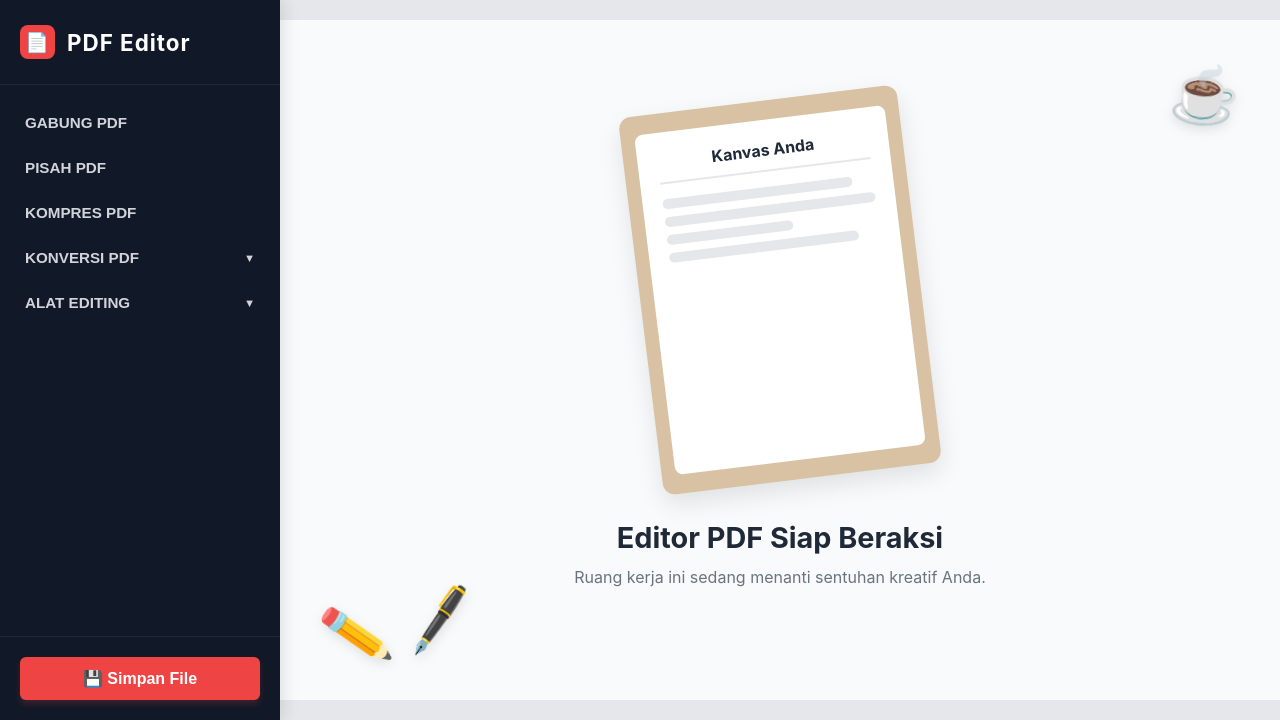
Repository: IkhsanMoekhtar/pdf_editor
Page: /
An editor plug-in stored every save of this project. The page is shown before and after the next save, followed by the edit.
The browser window is 1280 px wide. The pictures show the whole page.
The project was rebuilt for these pictures with package versions that can differ from the ones it lists, and the page was loaded fresh each time. Also part of the build but not shown: vite.config.js.

Above is the page before, as saved 2026-03-18 22:57:51.

After the next save:
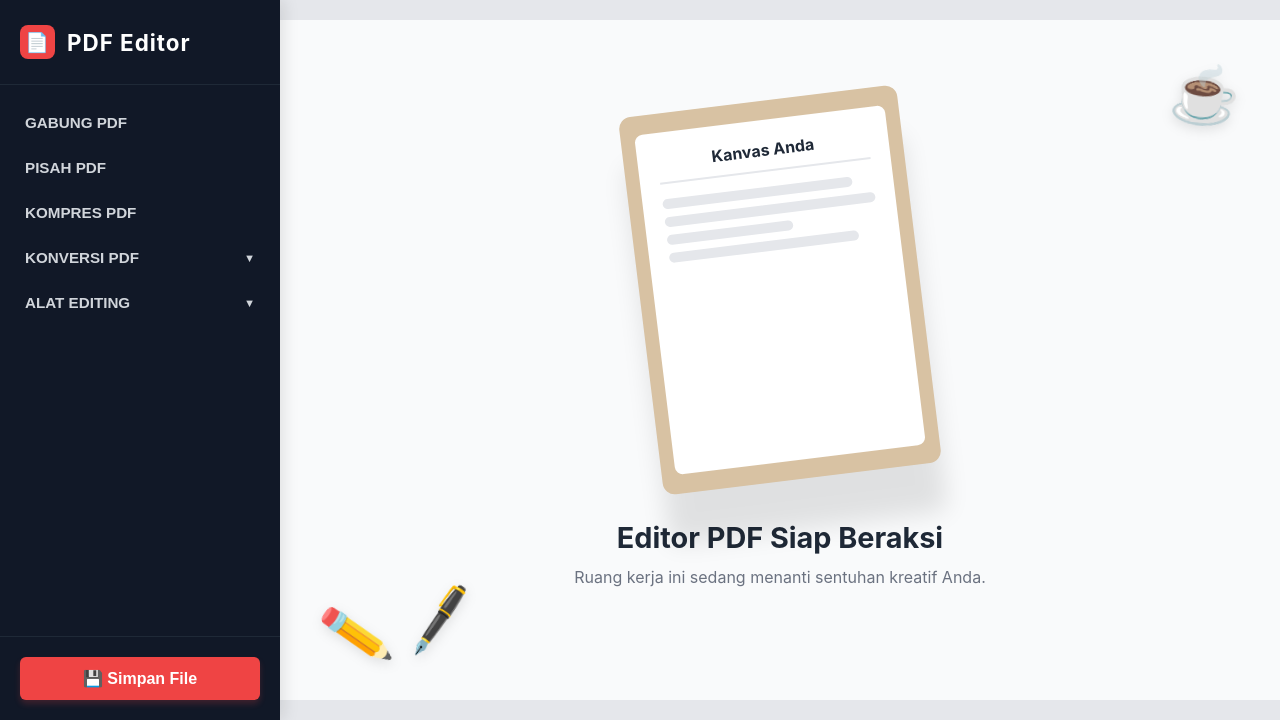
Saved 6 s later.
--- a/src/App.css
+++ b/src/App.css
@@ -207,7 +207,7 @@
   width: 280px; height: 380px;
   background-color: #d8c2a3;
   border-radius: 12px;
-  box-shadow: 0 10px 25px rgba(0,0,0,0.1);
+  box-shadow: 0 50px 25px rgba(0,0,0,0.1);
   transform: rotate(-7deg);
   position: relative;
   display: flex; align-items: center; justify-content: center;

After the save that followed:
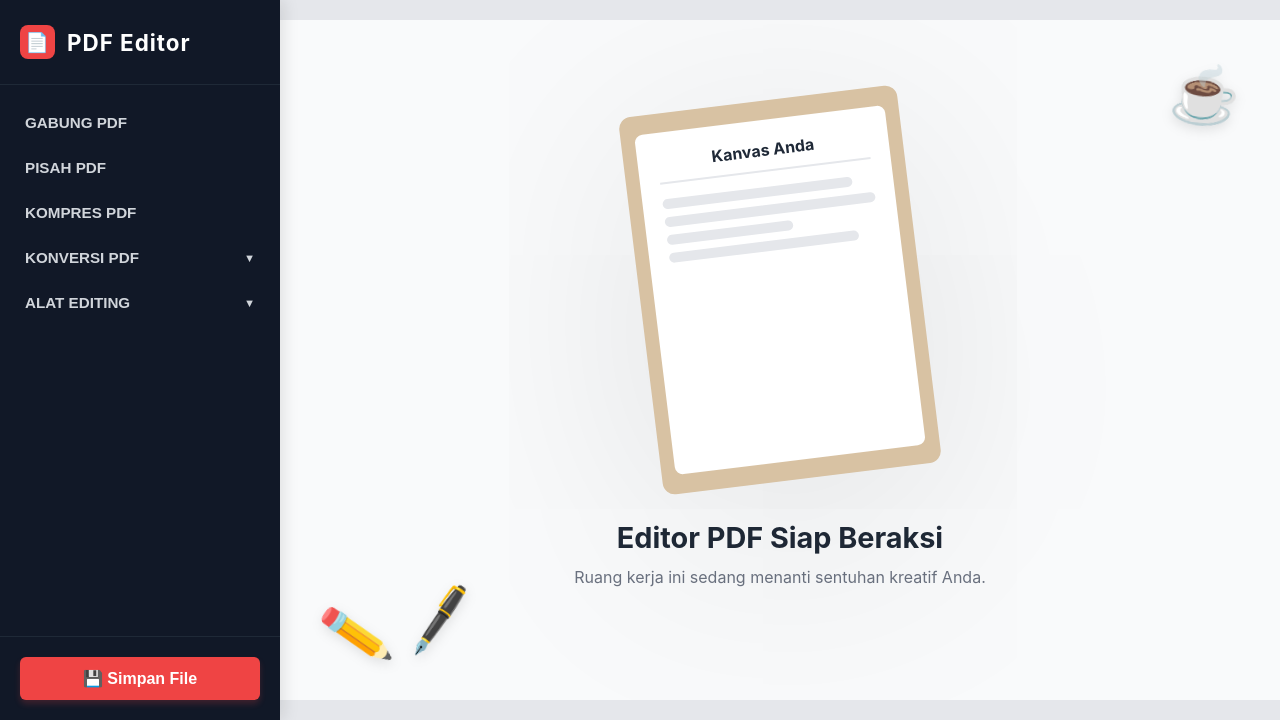
Saved 5 s later.
--- a/src/App.css
+++ b/src/App.css
@@ -207,7 +207,7 @@
   width: 280px; height: 380px;
   background-color: #d8c2a3;
   border-radius: 12px;
-  box-shadow: 0 50px 25px rgba(0,0,0,0.1);
+  box-shadow: 0 50px 250px rgba(0,0,0,0.1);
   transform: rotate(-7deg);
   position: relative;
   display: flex; align-items: center; justify-content: center;
